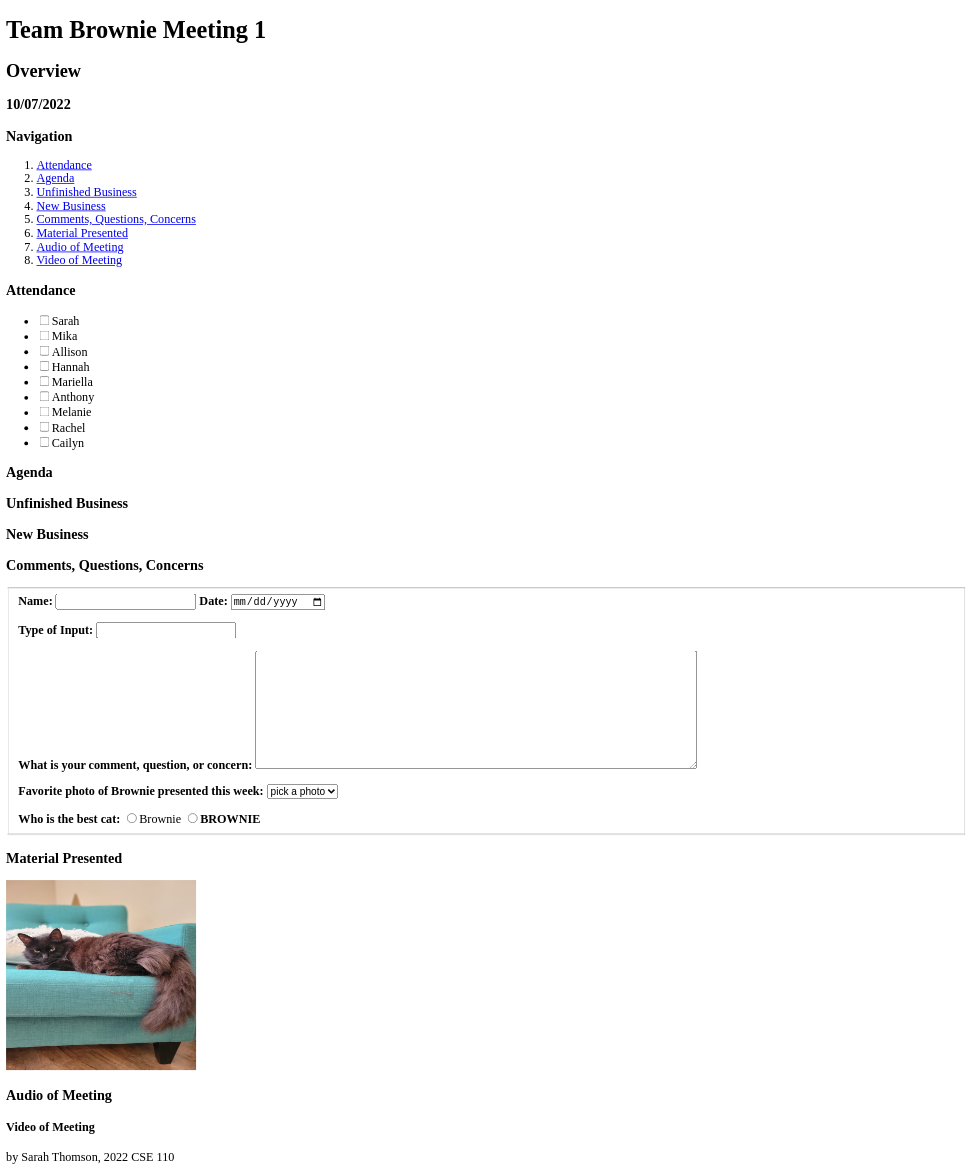
Repository: sarahtthomson/fa22-cse110-lab3
Page: index.html
The author's editor kept a copy of each file at every save. The page is drawn from the files as they stood at one save, then again after the next save.
The browser window is 1280 px wide. The pictures show the whole page, at 76% of full size.

Above is the page before, as saved 2022-10-08 18:33:35.

After the next save:
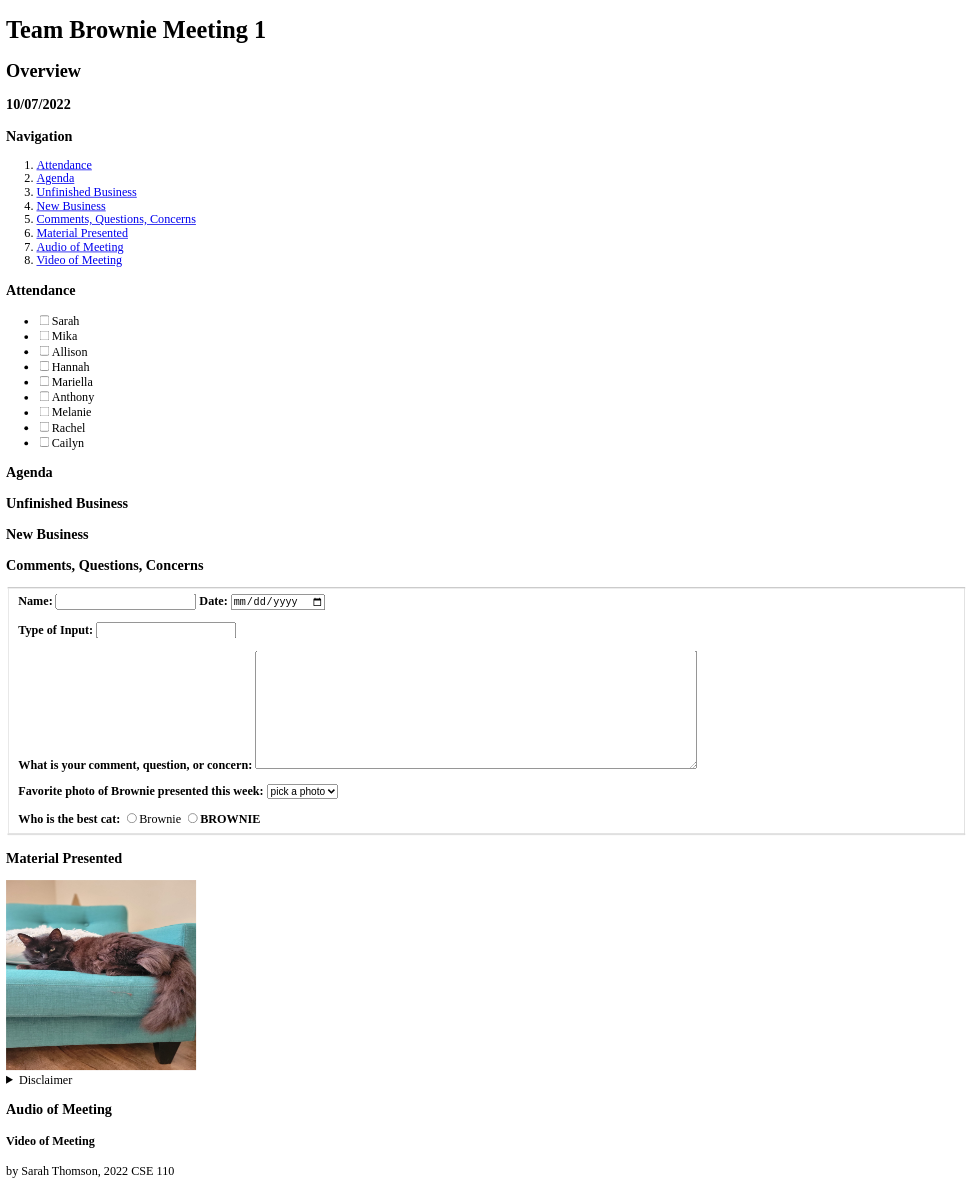
Saved 5 min 10 s later.
--- a/index.html
+++ b/index.html
@@ -88,6 +88,7 @@
             <div class="Material" id="Material">
                 <h3>Material Presented</h3>
                 <img height="250" width="250" src="cat.jpg">
+                <details><summary>Disclaimer</summary>There are only 5 photos of the week because Brownie will not work on weekends</details>
             </div>
             <div class="Audio" id="Audio">
                 <h3>Audio of Meeting</h3>
